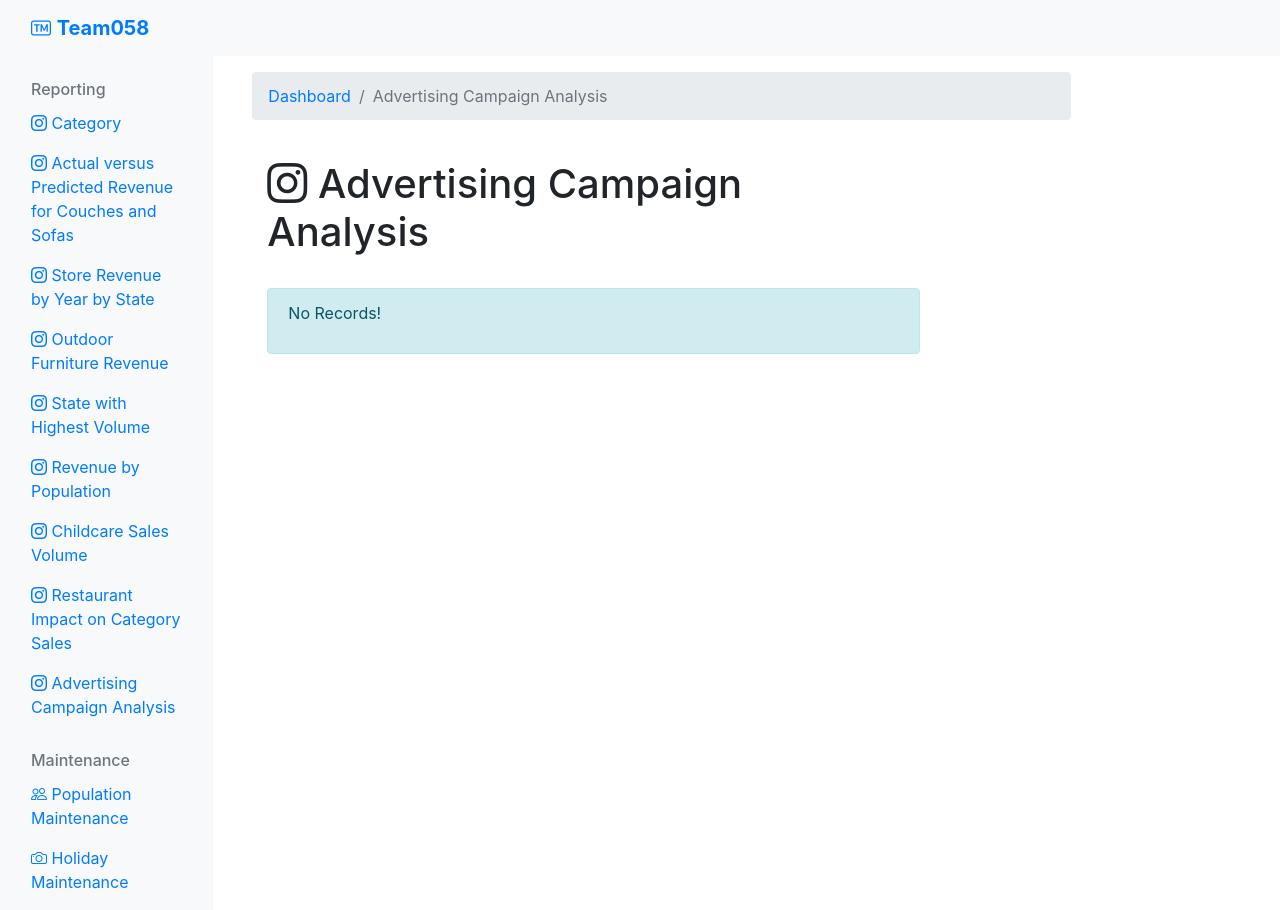
Repository: tex216/Relational-Database-Design-for-Sales-Reporting-System
Page: http://localhost/reporting/report9_advertising_campaign_analysis/
An editor plug-in stored every save of this project. The page is shown before and after the next save, followed by the edit.
The browser window is 1280 px wide. The pictures show the whole page.
Some web libraries are served in a nearby version. The page is served by the project's application, run on Django 3.2 (manage.py). Other server files are loaded and not shown. Queries for data that is not in the repository find no rows.

Above is the page before, as saved 2021-04-04 17:43:09.

### mren40/LSRS/reporting/templates/reporting/report9_advertising_campaign_analysis.html
{% extends "_layout.html" %}

{% block content %}

<style>
    form {
        text-align: left;
    }

    .btnSubmit {
        display: block;
        text-align: center;
        margin: 0 auto;
    }
</style>

<main class="container" role="main">
    <div class="row">
        <div class="col-md-10">
            <nav aria-label="breadcrumb">
                <ol class="breadcrumb">
                    <li class="breadcrumb-item"><a href="{% url 'index' %}">Dashboard</a></li>
                    <li class="breadcrumb-item active" aria-current="page">Advertising Campaign Analysis</li>
                </ol>
            </nav>

            <br />
            <div class="align-items-center bg-purple rounded ">
                <h1 class="col-md-8">
                    <i class="bi bi-instagram"></i>
                    <p2>Advertising Campaign Analysis</p2>
                </h1>
            </div>

            <br />
            <div class="align-items-center bg-purple rounded" id="divReport9">
                <div class="col-md-10">
                    {% if report9 %}
                    <table class="table table-bordered table-hover table-sm">
                        <thead class="thead-light">
                            <tr>
                                <th scope="col">Product ID</th>
                                <th scope="col">Product Name</th>
                                <th scope="col">Sold During Campaign</th>
                                <th scope="col">Sold Outside Campaign</th>
                                <th scope="col">Difference</th>
                            </tr>
                        </thead>
                        <tbody>
                            {% for tuple in report9 %}
                            <tr>
                                <td>{{ tuple.ProductID }}</td>
                                <td>{{ tuple.ProductName }}</td>
                                <td>{{ tuple.SoldDuringCampaign }}</td>
                                <td>{{ tuple.SoldOutsideCampaign }}</td>
                                <td>{{ tuple.Difference }}</td>
                            </tr>
                            {% endfor %}
                        </tbody>
                    </table>
                    {% else %}
                    <div class="alert alert-info" role="alert">
                        <p>No Records!</p>
                    </div>
                    {% endif %}
                </div>
            </div>
        </div>
    </div>
</main>

{% endblock %}

### mren40/LSRS/reporting/templates/_layout.html
<!DOCTYPE html>
<html lang="en">

<head>
  <meta charset="utf-8" />
  <meta http-equiv="X-UA-Compatible" content="IE=edge,chrome=1" />
  <meta name="viewport" content="width=device-width, initial-scale=1, shrink-to-fit=no">
  <title>LEOFURN Sales Reporting System</title>
  <link rel="shortcut icon" href="https://omscs.gatech.edu/sites/all/themes/gt_subtheme/favicon.ico"
    type="image/vnd.microsoft.icon" />

  <script src="https://code.jquery.com/jquery-3.6.0.min.js"
    integrity="sha256-/xUj+3OJU5yExlq6GSYGSHk7tPXikynS7ogEvDej/m4=" crossorigin="anonymous"></script>

</head>

<body>
  <nav class="navbar navbar-light bg-light" style="background-color: background-color: #f8f9fa!important">
    <div class="container-fluid">
      <a class="navbar-brand text-primary" href="/reporting/">
        <i class="bi bi-badge-tm"></i>
        <strong>Team058</strong>
      </a>
    </div>
  </nav>

  <div class="container-fluid">
    <div class="row">
      <nav class="col-md-2 d-none d-md-block bg-light sidebar" style="min-height: calc(100vh - 50px)">
        <div class="sidebar-sticky">
          <h6 class="sidebar-heading d-flex justify-content-between align-items-center px-3 mt-4 mb-1 text-muted">
            <span>Reporting</span>
          </h6>
          <ul class="nav flex-column mb-2">
            <li class="nav-item">
              <a class="nav-link" href="#">
                <i class="bi bi-instagram"></i>
                Category
              </a>
            </li>
            <li class="nav-item">
              <a class="nav-link" href="#">
                <i class="bi bi-instagram"></i>
                Actual versus Predicted Revenue for Couches and Sofas
              </a>
            </li>
            <li class="nav-item">
              <a class="nav-link" href="#">
                <i class="bi bi-instagram"></i>
                Store Revenue by Year by State
              </a>
            </li>
            <li class="nav-item">
              <a class="nav-link" href="#">
                <i class="bi bi-instagram"></i>
                Outdoor Furniture Revenue
              </a>
            </li>
            <li class="nav-item">
              <a class="nav-link" href="#">
                <i class="bi bi-instagram"></i>
                State with Highest Volume
              </a>
            </li>
            <li class="nav-item">
              <a class="nav-link" href="#">
                <i class="bi bi-instagram"></i>
                Revenue by Population
              </a>
            </li>
            <li class="nav-item">
              <a class="nav-link" href="#">
                <i class="bi bi-instagram"></i>
                Childcare Sales Volume
              </a>
            </li>
            <li class="nav-item">
              <a class="nav-link" href="{% url 'report8_restaurant_impact_on_category_sales' %}">
                <i class="bi bi-instagram"></i>
                Restaurant Impact on Category Sales
              </a>
            </li>
            <li class="nav-item">
              <a class="nav-link" href="{% url 'report9_advertising_campaign_analysis' %}">
                <i class="bi bi-instagram"></i>
                Advertising Campaign Analysis
              </a>
            </li>
          </ul>

          <h6 class="sidebar-heading d-flex justify-content-between align-items-center px-3 mt-4 mb-1 text-muted">
            <span>Maintenance</span>
          </h6>
          <ul class="nav flex-column mb-2">
            <li class="nav-item">
              <a class="nav-link" href="{% url 'population' %}">
                <i class="bi bi-people"></i>
                Population Maintenance
              </a>
            </li>
            <li class="nav-item">
              <a class="nav-link" href="{% url 'holiday' %}">
                <i class="bi bi-camera"></i>
                Holiday Maintenance
              </a>
            </li>
          </ul>
        </div>
      </nav>

      <section role="main" class="col-md-9 ml-sm-auto col-lg-10 pt-3 px-4">

        <div class="d-flex justify-content-between flex-wrap flex-md-nowrap align-items-center pb-2 mb-3">

          {% block content %}{% endblock %}

        </div>

      </section>
    </div>
  </div>

  <!-- Google Font -->
  <link defer href="https://fonts.googleapis.com/css?family=Nunito:300,300i,400,600,800" rel="stylesheet">
  <!-- Bootstrap Icons -->
  <link defer rel="stylesheet" href="https://cdn.jsdelivr.net/npm/bootstrap-icons@1.4.0/font/bootstrap-icons.css">
  <link defer rel="stylesheet" href="https://maxcdn.bootstrapcdn.com/bootstrap/4.0.0/css/bootstrap.min.css"
    integrity="sha384-Gn5384xqQ1aoWXA+058RXPxPg6fy4IWvTNh0E263XmFcJlSAwiGgFAW/dAiS6JXm" crossorigin="anonymous">


</body>

</html>

### mren40/LSRS/reporting/reports/report9.py
from django.views import generic
from reporting.repository.sqlhelper import SqlHelper


class GetReport(generic.ListView):
    template_name = "reporting/report9_advertising_campaign_analysis.html"
    context_object_name = "report9"

    def get_queryset(self):
        obj = SqlHelper()
        report_res = obj.get_report9()
        obj.close()
        return report_res

### mren40/LSRS/reporting/repository/sqlhelper.py
import pymysql


class SqlHelper(object):
    def __init__(self):
        self.conn = pymysql.connect(
            host="127.0.0.1", port=3306, user="root", passwd="spring2021_cs6400", db="cs6400_sp21_team058"
        )
        self.cursor = self.conn.cursor(cursor=pymysql.cursors.DictCursor)

    def get_report8(self):
        self.cursor.execute(
            "SELECT COLS.Category, COLS.`Store Type` AS StoreType, IFNULL(ACT.`Quantity Sold`, 0) AS QuantitySold "
            "FROM "
            "( ( SELECT C01.Category_Name AS Category, 'Restaurant' AS `Store Type` FROM CATEGORY AS C01) "
            "UNION "
            "( SELECT C02.Category_Name AS Category, 'Non-restaurant' AS `Store Type` FROM CATEGORY AS C02) ) "
            "AS COLS "
            "LEFT JOIN "
            "(SELECT C.Category_Name AS Category, "
            "IF(T.Has_Restaurant IS TRUE, 'Restaurant', 'Non-restaurant') AS `Store Type`, "
            "SUM(S.Quantity) AS `Quantity Sold` "
            "FROM CATEGORY AS C "
            "INNER JOIN ASSIGNED AS A ON C.Category_Name = A.Category_Name "
            "INNER JOIN PRODUCT AS P ON A.PID = P.PID "
            "INNER JOIN SALE AS S ON P.PID = S.PID "
            "INNER JOIN STORE AS T ON S.Store_Number = T.Store_Number "
            "GROUP BY Category, `Store Type` "
            ") AS ACT "
            "ON COLS.Category = ACT.Category AND COLS.`Store Type` = ACT.`Store Type` "
            "ORDER BY COLS.Category ASC, COLS.`Store Type` ASC; "
        )
        report8_res = self.cursor.fetchall()
        return report8_res

    def get_report9(self):
        self.cursor.execute(
            "SELECT `Product ID` AS ProductID, `Product Name` AS ProductName, "
            "`Sold During Campaign` AS SoldDuringCampaign, `Sold Outside Campaign` AS SoldOutsideCampaign, Difference "
            "FROM( "
            "( "
            "SELECT P.PID AS `Product ID`, P.Product_Name AS `Product Name`, "
            "SUM(IF(A.`Description` IS NULL,0,1) * IFNULL(S.Quantity,0)) AS `Sold During Campaign`, "
            "SUM(IF(A.`Description` IS NULL,1,0) * IFNULL(S.Quantity,0)) AS `Sold Outside Campaign`, "
            "(SUM(IF(A.`Description` IS NULL,0,1) * IFNULL(S.Quantity,0)) - "
            "SUM(IF(A.`Description` IS NULL,1,0) * IFNULL(S.Quantity,0))) AS Difference "
            "FROM PRODUCT AS P "
            "INNER JOIN DISCOUNT AS I ON P.PID = I.PID "
            "LEFT JOIN SALE AS S ON I.`Date` = S.`Date` AND I.PID = S.PID "
            "LEFT JOIN DAY AS D ON S.`Date` = D.`Date` "
            "LEFT JOIN HOLD AS H ON D.`Date` = H.`Date` "
            "LEFT JOIN ADVERTISING_CAMPAIGN AS A ON H.`Description` = A.`Description` "
            "GROUP BY `Product ID` "
            "ORDER BY Difference DESC "
            "LIMIT 10 "
            ") "
            "UNION "
            "( "
            "SELECT P2.PID AS `Product ID`, P2.Product_Name AS `Product Name`, "
            "SUM(IF(A2.`Description` IS NULL,0,1) * IFNULL(S2.Quantity,0)) AS `Sold During Campaign`, "
            "SUM(IF(A2.`Description` IS NULL,1,0) * IFNULL(S2.Quantity,0)) AS `Sold Outside Campaign`, "
            "(SUM(IF(A2.`Description` IS NULL,0,1) * IFNULL(S2.Quantity,0)) - "
            "SUM(IF(A2.`Description` IS NULL,1,0) * IFNULL(S2.Quantity,0))) AS Difference "
            "FROM PRODUCT AS P2 "
            "INNER JOIN DISCOUNT AS I2 ON P2.PID = I2.PID "
            "LEFT JOIN SALE AS S2 ON I2.`Date` = S2.`Date` AND I2.PID = S2.PID "
            "LEFT JOIN DAY AS D2 ON S2.`Date` = D2.`Date` "
            "LEFT JOIN HOLD AS H2 ON D2.`Date` = H2.`Date` "
            "LEFT JOIN ADVERTISING_CAMPAIGN AS A2 ON H2.`Description` = A2.`Description` "
            "GROUP BY `Product ID` "
            "ORDER BY Difference ASC "
            "LIMIT 10 "
            ") "
            ") AS UN "
            "ORDER BY Difference DESC; "
        )
        report9_res = self.cursor.fetchall()
        return report9_res

    def close(self):
        self.cursor.close()
        self.conn.close()

### mren40/LSRS/common/urls.py
"""common URL Configuration

The `urlpatterns` list routes URLs to views. For more information please see:
    https://docs.djangoproject.com/en/3.1/topics/http/urls/
Examples:
Function views
    1. Add an import:  from my_app import views
    2. Add a URL to urlpatterns:  path('', views.home, name='home')
Class-based views
    1. Add an import:  from other_app.views import Home
    2. Add a URL to urlpatterns:  path('', Home.as_view(), name='home')
Including another URLconf
    1. Import the include() function: from django.urls import include, path
    2. Add a URL to urlpatterns:  path('blog/', include('blog.urls'))
"""
from django.contrib import admin
from django.urls import path
from django.urls import include
from django.conf import settings
from django.conf.urls.static import static
from django.views.generic import RedirectView


urlpatterns = [
    path("reporting/", include("reporting.urls")),
]

urlpatterns += static(settings.STATIC_URL, document_root=settings.STATIC_ROOT)

urlpatterns += [
    path("", RedirectView.as_view(url="/reporting/", permanent=True)),
]

### mren40/LSRS/reporting/urls.py
from django.urls import path
from reporting import views
from reporting.maintenances import holiday, population
from reporting.reports import report8, report9

urlpatterns = [path("", views.index, name="index")]

urlpatterns += [path("holiday/", holiday.HolidayList.as_view(), name="holiday")]

urlpatterns += [path("holiday/add_holiday/", holiday.add_new_holiday, name="add_holiday")]

urlpatterns += [
    path("population/", population.city_population_load, name="population"),
    path("population/get_city_list/", population.get_city_list, name="population_get_city_list"),
    path("population/get_city_population/", population.get_city_population, name="population_get_city_population"),
]

urlpatterns += [
    path(
        "report8_restaurant_impact_on_category_sales/",
        report8.GetReport.as_view(),
        name="report8_restaurant_impact_on_category_sales",
    )
]

urlpatterns += [
    path(
        "report9_advertising_campaign_analysis/",
        report9.GetReport.as_view(),
        name="report9_advertising_campaign_analysis",
    )
]

After the next save:
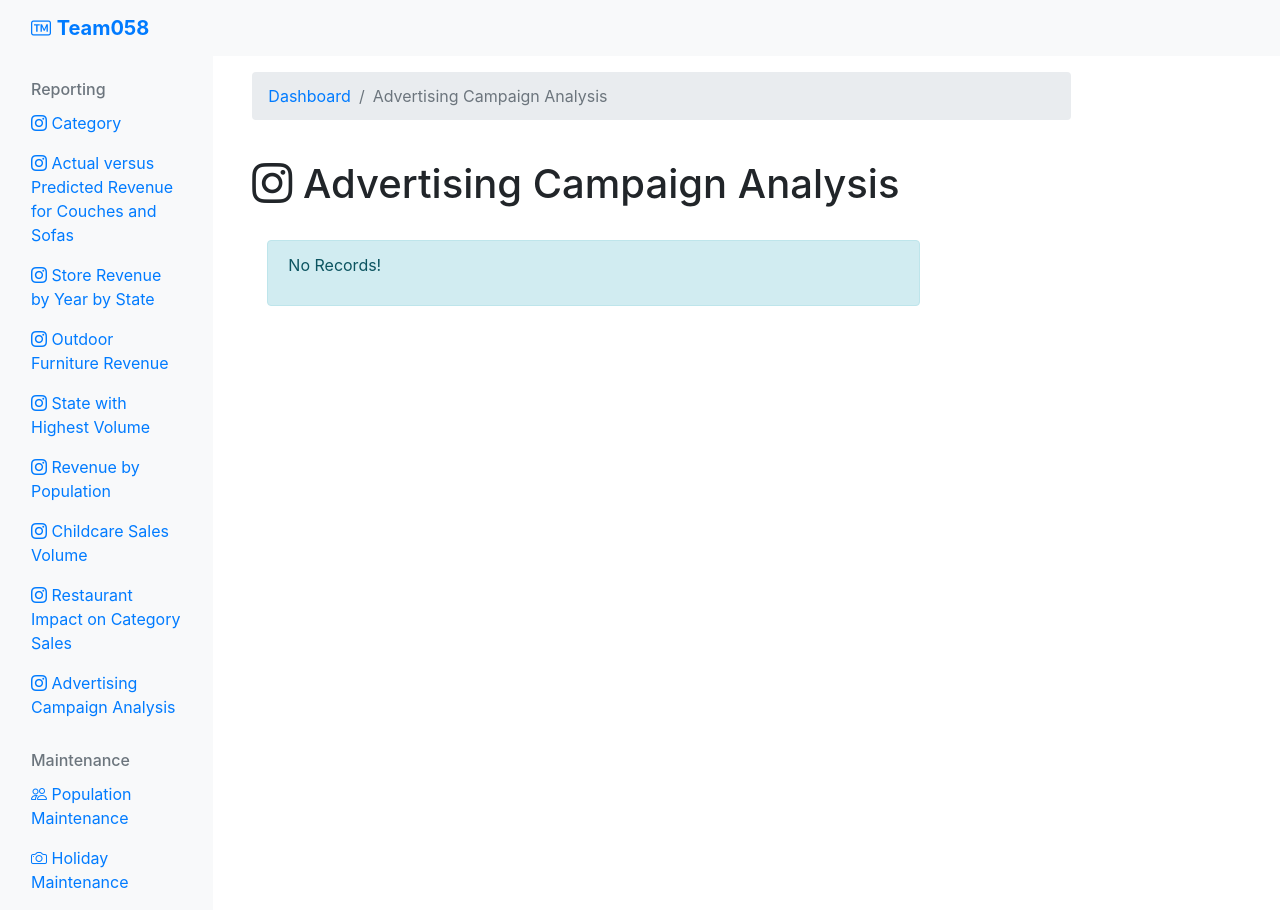
Saved 2 min 18 s later.
--- a/mren40/LSRS/reporting/templates/reporting/report9_advertising_campaign_analysis.html
+++ b/mren40/LSRS/reporting/templates/reporting/report9_advertising_campaign_analysis.html
@@ -26,7 +26,7 @@
 
             <br />
             <div class="align-items-center bg-purple rounded ">
-                <h1 class="col-md-8">
+                <h1 class="col-md-20">
                     <i class="bi bi-instagram"></i>
                     <p2>Advertising Campaign Analysis</p2>
                 </h1>
